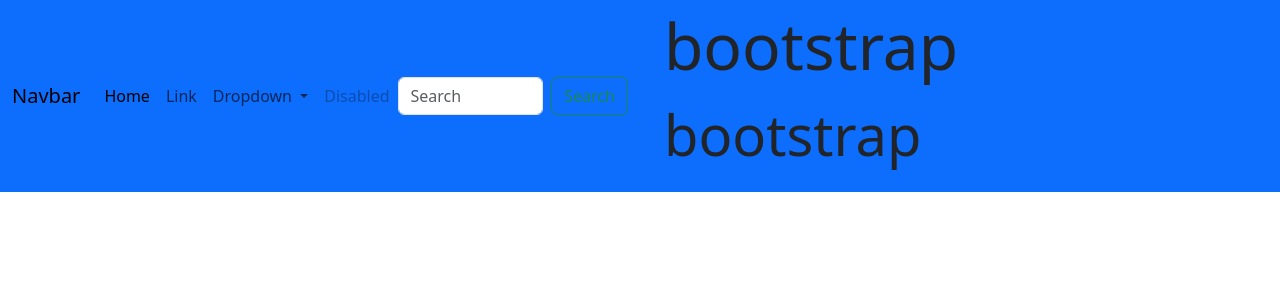
Repository: Riyakashiwala/practical
Page: riya 6th sem/book website.html
The author's editor kept a copy of each file at every save. The page is drawn from the files as they stood at one save, then again after the next save.
The browser window is 1280 px wide. The pictures show the whole page.

Above is the page before, as saved 2024-12-11 06:37:36.

After the next save:
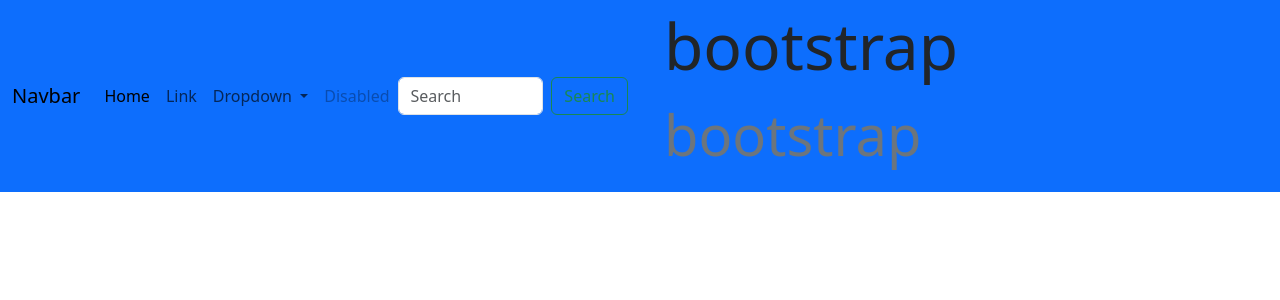
Saved 8 s later.
--- a/riya 6th sem/book website.html
+++ b/riya 6th sem/book website.html
@@ -50,7 +50,7 @@
                 <div class="row justify-content-start">
                     <div class="col-6">
                         <p class="display-3">bootstrap</p>
-                        <p class="display-4 text">bootstrap</p>
+                        <p class="display-4 text-secondary">bootstrap</p>
                     </div>
                 </div>
             </section>
